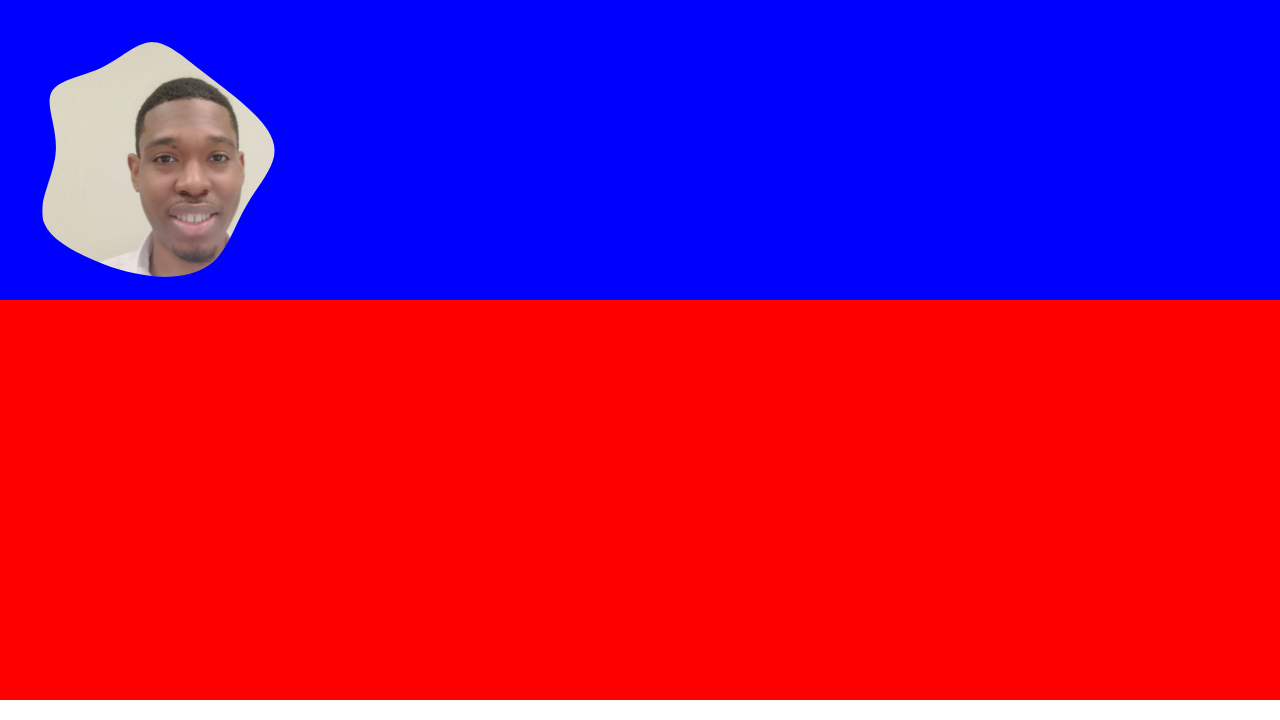
Repository: DNoel26/My_Dev_Portfolio
Page: index.html
An editor plug-in stored every save of this project. The page is shown before and after the next save, followed by the edit.
The browser window is 1280 px wide. The pictures show the whole page.

Above is the page before, as saved 2021-01-23 11:19:44.

After the next save:
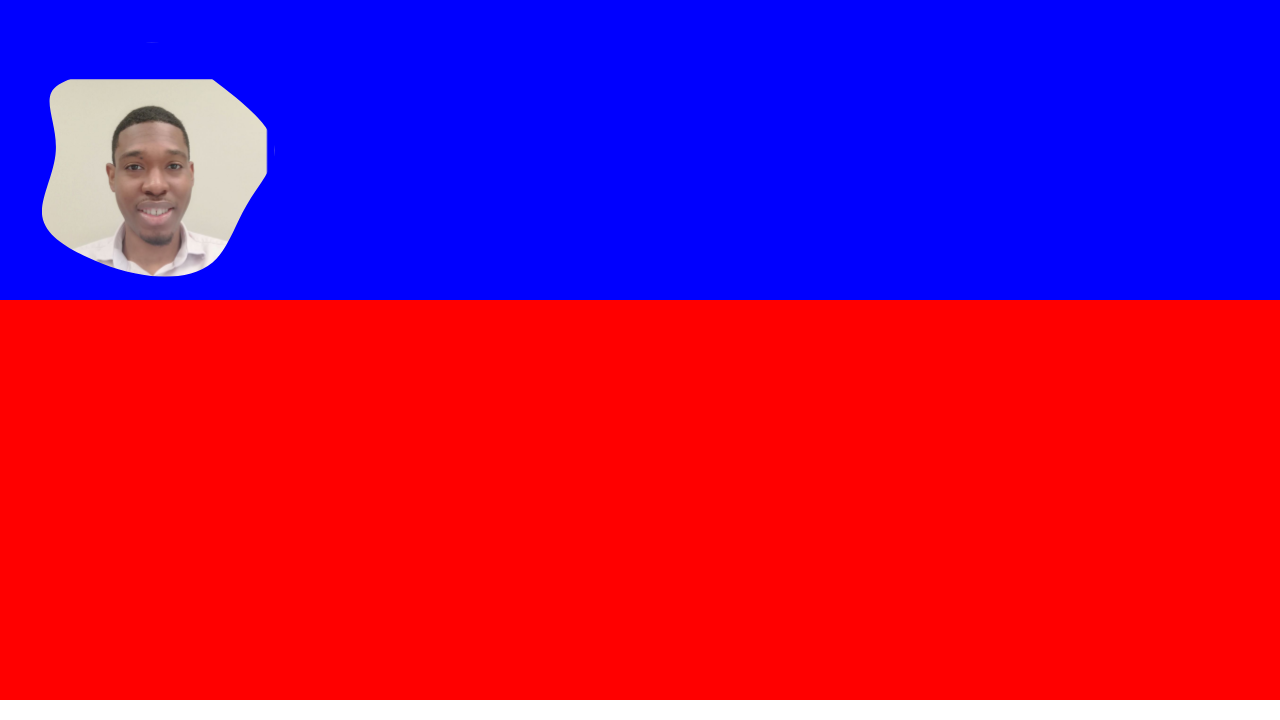
Saved 16 s later.
--- a/index.html
+++ b/index.html
@@ -14,7 +14,7 @@
             <svg viewBox="0 0 200 200" xmlns="http://www.w3.org/2000/svg">
                 <defs>
                     <pattern id="imgpattern" x="0" y="0" width="1" height="1">
-                      <image width="200" height="200" href="/img/profile_pic.jpg"/>
+                      <image width="150" height="200" href="/img/profile_pic.jpg"/>
                     </pattern>
                 </defs>
                 <path fill="url(#imgpattern)" d="M30.8,-55.5C40.8,-47.6,50.2,-41,60.8,-32C71.3,-23,82.9,-11.5,83.1,0.1C83.2,11.7,72,23.4,64.2,37.1C56.3,50.7,51.8,66.4,41.7,75C31.6,83.7,15.8,85.4,0.8,84C-14.1,82.5,-28.2,77.9,-42.1,71.4C-56.1,64.9,-69.9,56.6,-71.8,44.4C-73.7,32.2,-63.7,16.1,-62.8,0.6C-61.8,-15,-69.9,-30,-65.8,-38.4C-61.7,-46.9,-45.5,-48.8,-32.5,-54.9C-19.5,-61,-9.8,-71.3,0.3,-71.9C10.4,-72.4,20.9,-63.3,30.8,-55.5Z" transform="translate(100 100)" />
